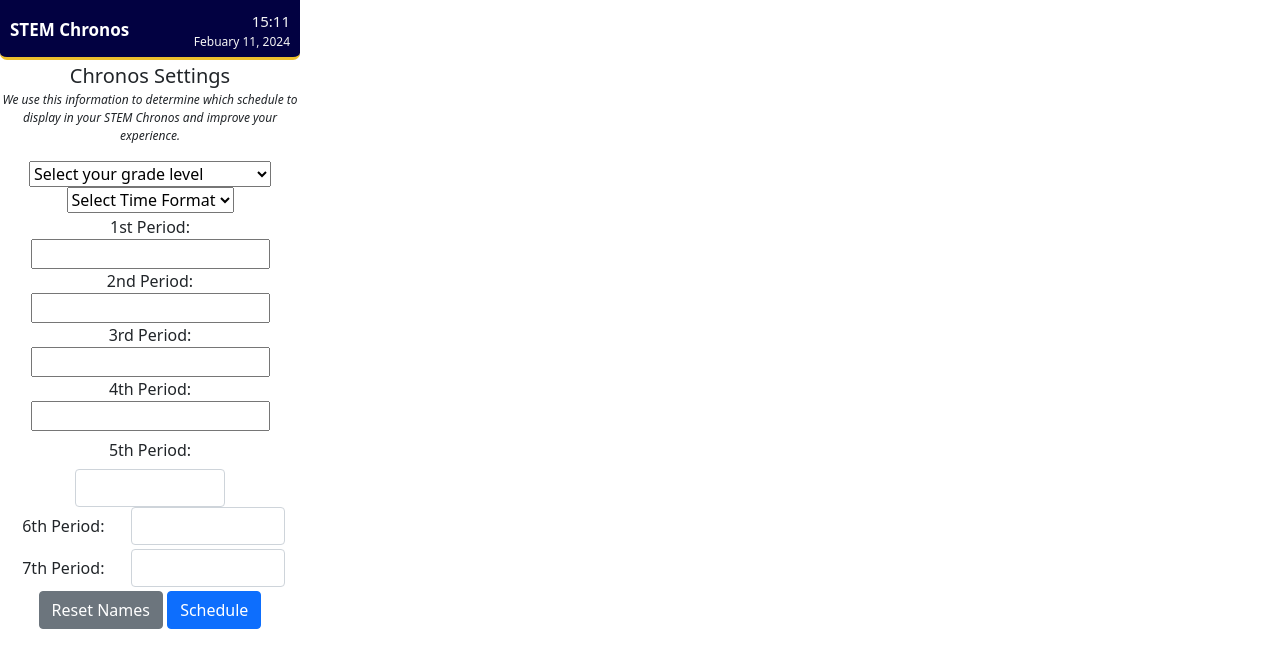
Repository: EvanHughes-dev/StemChronos
Page: StemChronos2.0/Settings/Settings.html
An editor plug-in stored every save of this project. The page is shown before and after the next save, followed by the edit.
The browser window is 1280 px wide. The pictures show the whole page.

Above is the page before, as saved 2024-04-23 15:38:39.
Console error: TypeError: Cannot read properties of null (reading 'addEventListener')

### StemChronos2.0/Settings/Settings.html
<!Doctype html>
<html>
<!--
    Have all settings here
    i.e. Grade level
    Period names
    notifications
    -->
<head>

    <link href="Settings.css" rel="stylesheet" type="text/css">
    <link href="../index.css" rel="stylesheet" type="text/css">
    <link href="https://cdn.jsdelivr.net/npm/bootstrap@5.0.2/dist/css/bootstrap.min.css" rel="stylesheet" integrity="sha384-EVSTQN3/azprG1Anm3QDgpJLIm9Nao0Yz1ztcQTwFspd3yD65VohhpuuCOmLASjC" crossorigin="anonymous">

</head>
<body>
    <!--Title for Chronos-->
    <div class="title-row">
        <p class="title">STEM Chronos</p>
        <span id="CurrentTime" class="currentTime"></span>
        <span id="CurrentDate" class="date"></span>
    </div>


    <div name="Settings" class="Settings">
        <!--Title for the attribute-->
        <center>
            <div class="fs-5">
                Chronos Settings
            </div>

        </center>


        <p class="SettingsText">
            We use this information to determine
            which schedule to display in your STEM Chronos and improve your experience.
        </p>

        <center>
            <!--Change the Grade Level-->
            <select id="GradeLevel" >
                <option class="DefaultOption" value="NULL" selected disabled>Select your grade level</option>
                <option value="Fresh"> I am a Freshman/Sophomore</option>
                <option value="Sen">I am a Junior/Senior</option>
            </select>

            <select id="TimeMode">
                <option class="DefaultOption" value="NULL" selected disabled>Select Time Format</option>
                <option value="24Hour">24 hour</option>
                <option value="12Hour">12 hour</option>

            </select>
            <!--Set custom period names-->
            <div class="InputField" id="PeriodNameOBJ">
                <div >
                    <label for="First">1st Period:</label>
                    <input name="First" type="text" id="FirstVal" />
                </div>
                <div >
                    <label for="Second">2nd Period:</label>
                    <input name="Second" type="text" id="SecondVal" />
                </div>

                <div>
                    <label for="Third">3rd Period:</label>
                    <input name="Third" type="text" id="ThirdVal" />
                </div>
                <div>
                    <label for="Fourth">4th Period:</label>
                    <input name="Fourth" type="text" id="FourthVal" />
                </div>
                <div>
                    <label class="col-sm-4 col-form-label mx-3" for="Fifth">5th Period:</label>
                    <input class="col-sm-10 form-control w-50 col-auto" name="Fifth" type="text" id="FiffthVal" />
                </div>
                <div class="row g-2 mb-1">
                    <label class="col-sm-4 col-form-label mx-3" for="Sixth">6th Period:</label>
                    <input class="col-sm-10 form-control w-50 col-auto" name="Sixth" type="text" id="SixthVal" />
                </div>
                <div class="row g-2 mb-1">
                    <label class="col-sm-4 col-form-label mx-3" for="Seventh">7th Period:</label>
                    <input class="col-sm-10 form-control w-50 col-auto" name="Seventh" type="text" id="SeventhVal" />
                </div>

            </div>

            <!--Buttons-->
            <div class="footerOBJ">
                <button id="PeriodReset" class="btn btn-secondary">Reset Names</button>
                <button id="ScheduleBTN" class="btn btn-primary">Schedule</button>
            </div>
        </center>



    </div>


</body>
<script src="Settings.js"></script>
</html>

### StemChronos2.0/Settings/Settings.css
body {
    width: 300px;
    background-color: #Eeeef3;
    font-size:20px;
}
.Settings {
    margin-top:0px;
    width: 100%;
    height:200px;

}

.SettingsHeader {
    font-size: 25px;
    background: #Eeeef3;

    border-bottom: solid;
    border-width:1px;

}

.SettingsText {
    font-style: italic;
    text-align:center;
    font-size:12px;
}

select.DropDown {
    margin-left: 2px;
    width: 70%;
}


option:hover {
    background-color: #92cbdf;
}

.DefaultOption{

    color:gray;

}

option{

    color:black;
}
.InputField{
    padding-top:2px;
 }


.ToggleArrowHide{
    font-size: 20px;
    padding-left: 3px;
    transition: 1s;
}
    .ToggleArrowHide:hover{

        rotate: 90deg;
    }

    .ToggleArrowShow{
        font-size: 20px;
        padding-left: 3px;
        transition: 1s;
        rotate: 90deg;
    }
        .ToggleArrowShow:hover{

            rotate: 0deg;
        }

.ErrorBox{
    width:90%;
    margin-left:5%;
    display:block;
    background:red;
    z-index:20;
}

### StemChronos2.0/index.css
body {
    width: 300px;

    background-color: #Eeeef3;

    font-size: 15px;
}
.title-row {
	width: 100%;

	font-size: 17px;
	padding: 10px;
    height: 60px;
    margin-bottom: 1px;
    background-color: #020141;
    border-bottom: solid;
    border-bottom-color: #EDC02D;
    border-radius: 0px 0px 7px 7px;
}

.title {
	float: left;
	color: white;
	margin: 6.5px 0;
	font-weight: 700;
}

.currentTime {
	float: right;
	font-size: 15px;
    color: whitesmoke;
}

.date {
	float: right;
	font-size: 12px;
	clear: right;
    color: whitesmoke;
}

tr{
font-size: 12px;
}
.CurrentPeriod {
    background-color: #92cbdf;
}

.CurrentPeriod:hover {
    background-color: #51abcb;
}

.TimeRemainingHolder {
    padding-top: 10px;
    padding-bottom: 10px;
    margin-right: 10px;
    margin-left: 10px;
}

.DailyMessageText{
    text-align:center;
}



    .DailyMessage {
        width: 100%;
        height: 100%;
        justify-content: center;
        align-items: center;
        background-color: whitesmoke;
        /* border-bottom: solid 1px gray;
        border-left: solid 1px gray;
        border-radius: 0px 0px 0px 7px; */
        display: block;
    }
.DailyMessageText {
    margin-top: 10px;
    text-align: center;
}

.DailyMessageHeader {
    margin-top:5px;
    text-align: center;
    font-size:20px;
}
.LetterDay {
    margin-top: 5px;
    width: 75px;
    height: 50%;
    margin-left: 5px;
    align-content: center;
    vertical-align: central;
    background-color: lightgray;
}
.LetterDayInside {
    align-content: center;
    vertical-align: central;
    padding: 5px 5px 5px 5px;
}

.navy {
    background-color: #020141;
}



.flex-child {
    flex: 1;

    padding-right:5px;
    padding-left:5px;
}

    .flex-child:first-child {

        flex: 0;

        width: 100%;
        height: 100%;


    }

#FooterTable{
    padding-top: 0px;
    width:100%;
    height: 10px;

}

    #FooterTable th{
        width:50%;
        height:10px;

    }

br{

    margin:0px;
}
.SettingBtn {
    color: #6f7273;
    width: 50%;
    text-decoration: none;
    font-size: 25px;
}
.SettingBtn:hover{
     cursor: pointer;

}

.ReportBtn {
    color: #6f7273;
    width: 50%;
    text-decoration: none;
    font-size: 25px;
}

    .ReportBtn:hover {
        cursor: pointer;
    }





    .TimeLeft{
        margin: 2px;
    }

### StemChronos2.0/Settings/Settings.js

/*
 * @EHughes
 * Javascript control for Settings.html
 * Initial() runs on page load
 *
 * Future maintainers,
 * Please comment code well.
 * Comment what each function does and where it is called from.
 * As well as the general gist of if statements if there are variables that change values often
 * -EHughes
 */

const AllMonths = ["January", "Febuary", "March", "April", "May", "June", "July", "Agust", "September", "October", "November", "December"];
const PeriodID = ["FirstVal", 'SecondVal', 'ThirdVal', 'FourthVal', 'FiffthVal', 'SixthVal', 'SeventhVal']
const PeriodInputID = ['FirstValToggle', 'SecondValToggle', 'ThirdValToggle', 'FourthValToggle', 'FiffthValToggle', 'SixthValToggle', 'SeventhValToggle'];

function Initial() {//called on script load

	SetDefaultSelect();//Sets deault values for the selects if there are any
	SetDateAndTime();//Sets the header date and time
	SetCustomNameText();//Checks if there are names saved and displays them
	AddEventListeners()//add all needed event listeners

}

function SetDefaultSelect() {//called from Initial()
	if (localStorage.getItem('Year') != null) {//if there is a value
		document.getElementById("GradeLevel").value = localStorage.getItem('Year');//set the grade level to it
	}

	if (localStorage.getItem('TimeMode') != null) {//if there is a value
		document.getElementById('TimeMode').value = localStorage.getItem('TimeMode');//set the time mode to it
	}
}

function UpdateGradeLevel() {//called from AddEventListeners()
	//sets new grade level
	localStorage.setItem("Year", document.getElementById("GradeLevel").value)
}

function UpdateTimeMode() {//called from AddEventListeners()
	//sets new time mode 12 vs 24 hour
	localStorage.setItem("TimeMode", document.getElementById("TimeMode").value)
}

function AddEventListeners() {//called from Initial()

	document.getElementById("GradeLevel").addEventListener("change", () => { UpdateGradeLevel() });//Change grade level

	document.getElementById("TimeMode").addEventListener("change", () => { UpdateTimeMode() });//Change grade level

	document.getElementById("PeriodReset").addEventListener("click", () => { ClearCustomNames() });//Clear all names BTN

	document.getElementById("ScheduleBTN").addEventListener("click", () => { BackToSchedule() });//Go back to schedule BTN

	for (var i = 0; i < PeriodID.length; i++) {//Add event listener for all schedule name inputs
		document.getElementById(PeriodID[i]).addEventListener("change", (source) => {

			SavePeriodNames(source.target.id);//save the period name asscociated with this objects id
		})
	}

	for (let i = 0; i < PeriodInputID.length; i++) {//Add eventlisteners to all schedule input toggle arrows
		const element = PeriodInputID[i];//id for element

		document.getElementById(element).addEventListener("click", (source)=>{//add the listener and pass the object
			ToggleInput(source.target.id)//toggle display of input field and pass the target id
		})

	}


}

function SetDateAndTime() {//called from Initial()
	//Display the date and time for the Chronos header
	const d = new Date();//Current date
	let hour = d.getHours();//Current hour in 24-hour
	let minutes = d.getMinutes();//Current Minute

	let month = d.getMonth();//current month 0-11
	let day = d.getDate();//current day
	let year = d.getFullYear();//current full year

	document.getElementById("CurrentDate").innerHTML = AllMonths[month] + " " + day + ", " + year;//set the day month, year display

	if (minutes < 10) {//If minutes is less than 10
		document.getElementById("CurrentTime").innerHTML = hour + ":0" + minutes;//add a zero before minutes to maintain format
	} else {
		document.getElementById("CurrentTime").innerHTML = hour + ":" + minutes;//just a the minutes
	}

}

function SavePeriodNames(value) {//called from AddEventListeners()

	for (var i = 0; i < PeriodID.length; i++) {

		var LocalStorageI = i + 1;//LocalStorageI since local storage name is one greater then the i value

		if (PeriodID[i] == value) {

			var InputValue = document.getElementById(PeriodID[i]).value;//value inputed into field

			if (InputValue == "" || InputValue == null) {

				localStorage.removeItem("Period" + LocalStorageI)//remove value if field was cleared
				break;//stop running

            }
			localStorage.setItem("Period" + LocalStorageI, InputValue);//set new value
			break;
        }

    }


}


function ClearCustomNames() {//called from AddEventListeners() && SavePeriodNames()
	//remove all period
	for (var i = 1; i <= 7; i++) {

		window.localStorage.removeItem("Period" + i)//remove period from storage

	}
	SetCustomNameText();//display cleared names
}

function SetCustomNameText() {//called from Initial() && ClearCustomNames()
	for (var i = 0; i < 7; i++) {
		var LocalStorageI = i + 1;//LocalStorageI since local storage name is one greater then the i value
		if (localStorage.getItem("Period" + LocalStorageI) != null) {//if there is a value
			document.getElementById(PeriodID[i]).value = localStorage.getItem("Period" + LocalStorageI);//display it
		} else {//if there isnt a value
			document.getElementById(PeriodID[i]).value = "";//display nothing
        }
	}
}


function BackToSchedule() {//called from AddEventListeners()

	if(localStorage.getItem("Year")==null){
		alert("Ensure you select a grade level")
		return
	}
	window.location = "../index.html";

}


function ToggleInput(sourceId){//Toggles input fields for period names. Called from AddEventlisteners()

	for (let i = 0; i < PeriodInputID.length; i++) {//loop through all option
		const element = PeriodInputID[i];//check value of current index

		if(element==sourceId){//if it matches source id

			const InputElement=document.getElementById(PeriodID[i]);
			const ToggleElement=document.getElementById(PeriodInputID[i]);

			console.log(InputElement.style.display)
			//this part deals with displaying the input field for that object
			if(InputElement.style.display=="none" ||InputElement.style.display==""){//if it is not displayed or not set
				InputElement.style.display="revert";//display it
			}else{//if it is diaplyed
				InputElement.style.display="none";//don't display it
			}

			//this section deals with turning the arrow so it is facing the right direction
			const ClassList = ToggleElement.classList;//get all class names of the object

			ClassList.forEach(element => {//for each class
				if(element=="ToggleArrowShow"){//check if class name 1 exists
					ToggleElement.classList.remove("ToggleArrowShow");//turn off class name 1
					ToggleElement.classList.add("ToggleArrowHide");//turn on class name 2
				}else if(element=="ToggleArrowHide"){//else if class name 2 exists
					ToggleElement.classList.remove("ToggleArrowHide");//turn off class name 2
					ToggleElement.classList.add("ToggleArrowShow");//turn on class name 1
				}
			});

			break;
		}

	}

}

Initial()//starts the scripts needed on launch

After the next save:
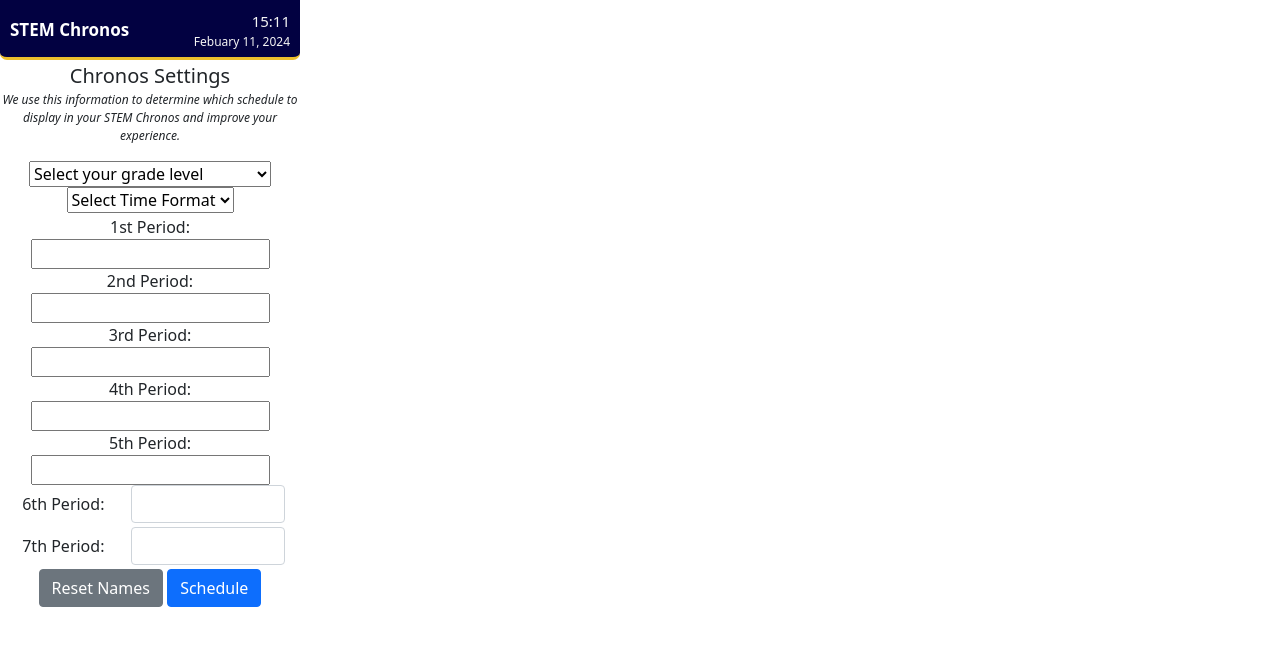
Saved 7 s later.
--- a/StemChronos2.0/Settings/Settings.html
+++ b/StemChronos2.0/Settings/Settings.html
@@ -71,8 +71,8 @@
                     <input name="Fourth" type="text" id="FourthVal" />
                 </div>
                 <div>
-                    <label class="col-sm-4 col-form-label mx-3" for="Fifth">5th Period:</label>
-                    <input class="col-sm-10 form-control w-50 col-auto" name="Fifth" type="text" id="FiffthVal" />
+                    <label for="Fifth">5th Period:</label>
+                    <input name="Fifth" type="text" id="FiffthVal" />
                 </div>
                 <div class="row g-2 mb-1">
                     <label class="col-sm-4 col-form-label mx-3" for="Sixth">6th Period:</label>
